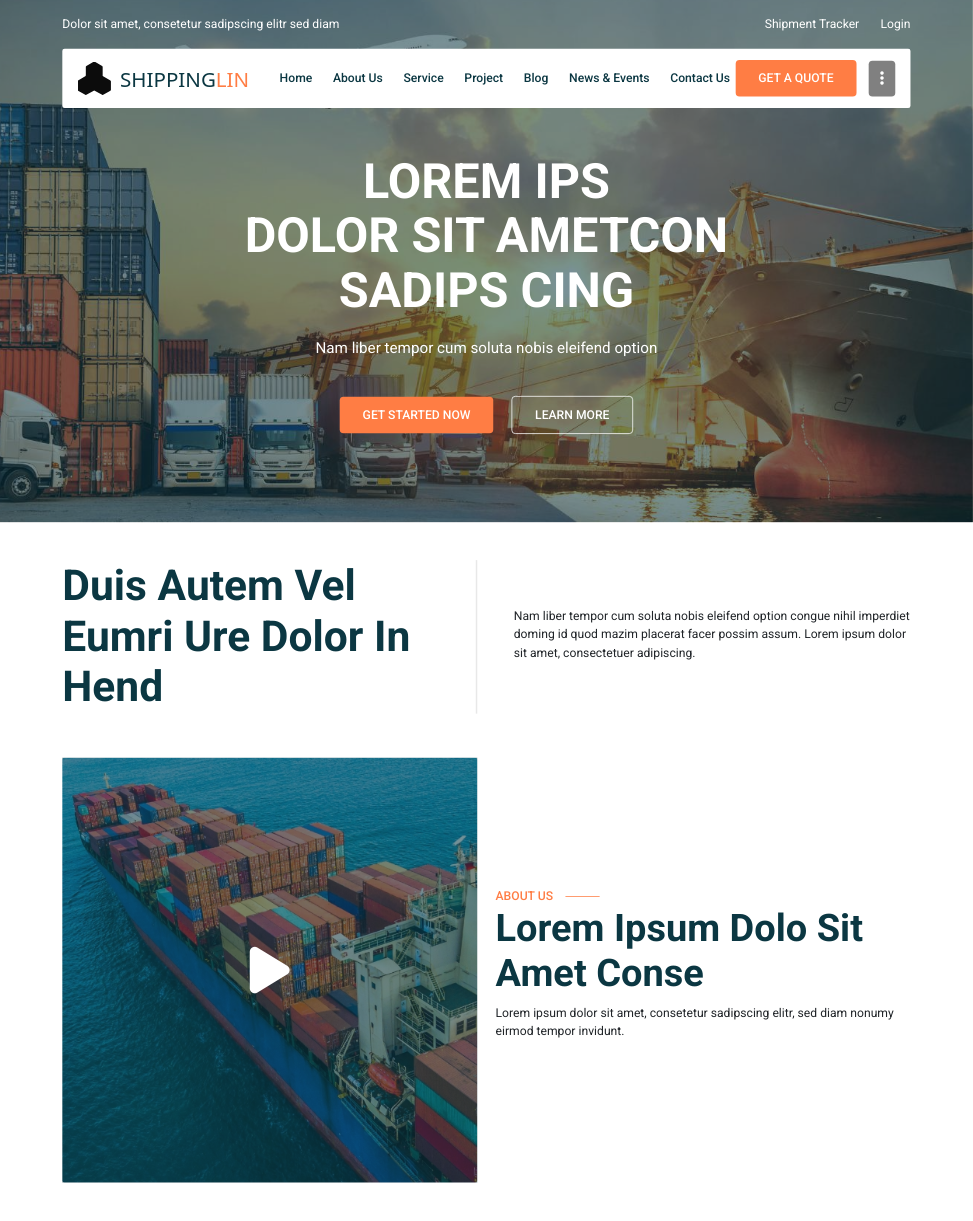
Repository: nazmulalok/shipping-template
Page: index.html
The author's editor kept a copy of each file at every save. The page is drawn from the files as they stood at one save, then again after the next save.
The browser window is 1280 px wide. The pictures show the whole page, at 76% of full size.

Above is the page before, as saved 2022-10-03 23:14:12.

After the next save:
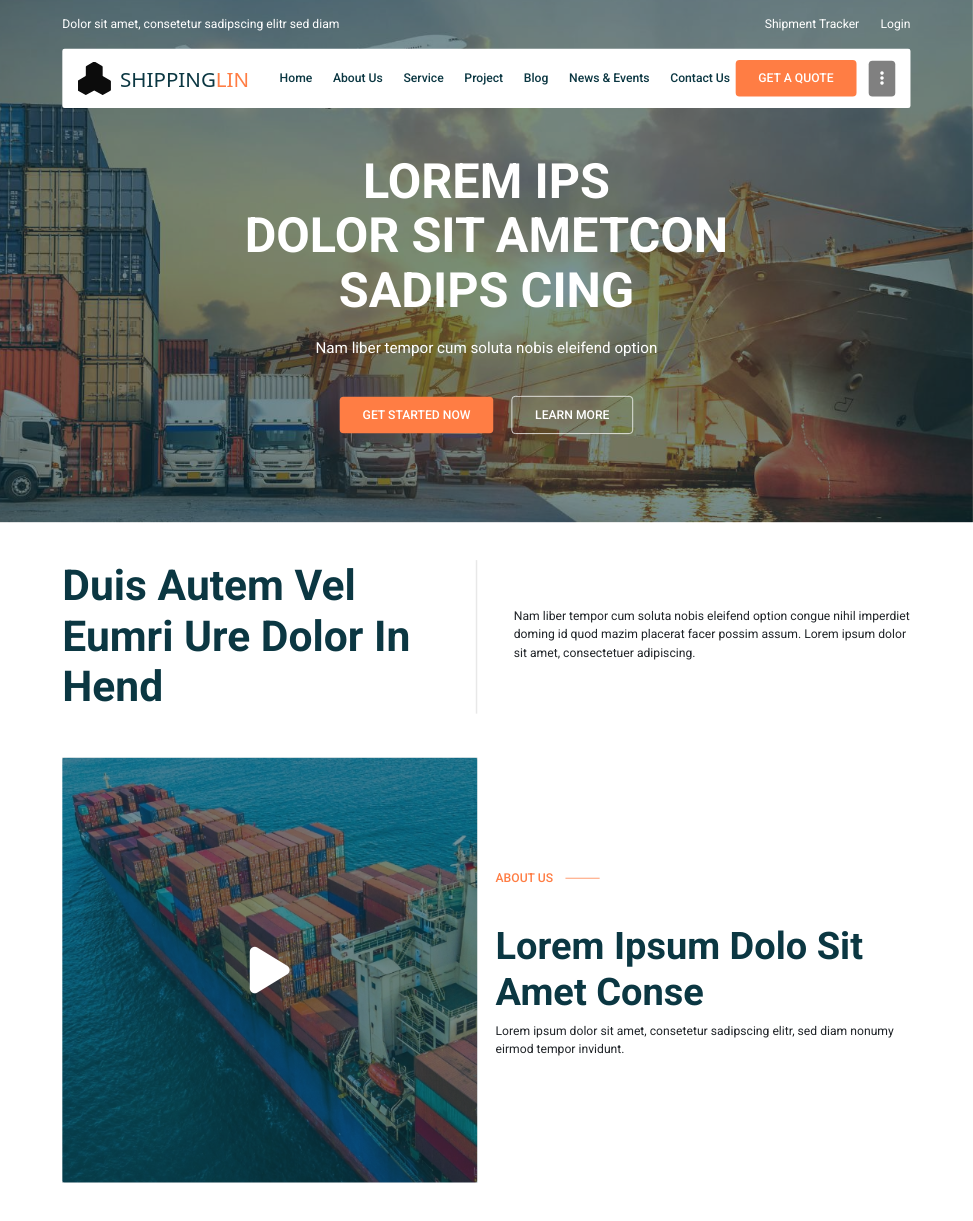
Saved 96 s later.
--- a/style.css
+++ b/style.css
@@ -352,6 +352,7 @@ figure.img-box img+figcaption {
     color: var(--main-color);
     font-weight: 500;
     align-items: center;
+    margin-bottom: 3rem;
 }
 
 .sp-title:after {
